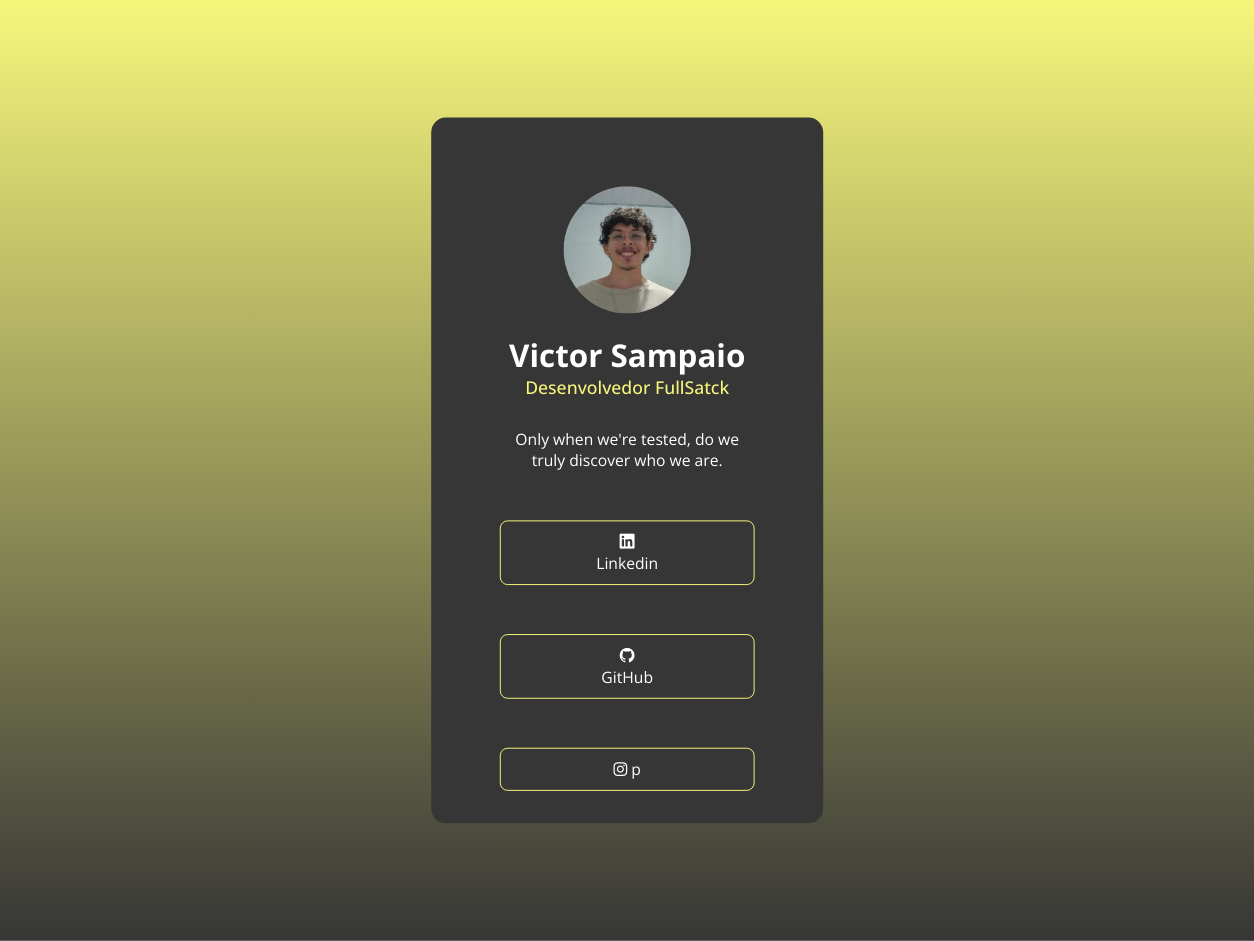
Repository: VictorSampaioDev/linkthree-gt9
Page: index.html
These files come from the project's save history. The page is drawn as it stood at one moment and after the next save; the edit follows.
The browser window is 1280 px wide. The pictures show the whole page, at 98% of full size.

Above is the page before, as saved 2025-04-11 10:44:02.

### index.html
<!DOCTYPE html>
<html lang="pt-br">
<head>
    <meta charset="UTF-8">
    <meta name="viewport" content="width=device-width, initial-scale=1.0">
    <title>linkthree JV</title>
    <link rel="stylesheet" href="style.css">
    <link rel="preconnect" href="https://fonts.googleapis.com">
    <link rel="preconnect" href="https://fonts.gstatic.com" crossorigin>
    <link href="https://fonts.googleapis.com/css2?family=Open+Sans:ital,wght@0,300..800;1,300..800&display=swap" rel="stylesheet">
    <link rel="stylesheet" type='text/css' href="https://cdn.jsdelivr.net/gh/devicons/devicon@latest/devicon.min.css" />
    <link rel="stylesheet" href="https://cdnjs.cloudflare.com/ajax/libs/font-awesome/6.5.0/css/all.min.css">

</head>
<body>
    <div class="container-main">
<!-- imagem -->
        <div class="container-image">
            <img src="./assets/image-profile.jpeg" alt="Foto de Perfil">
        </div>
<!-- Titulos -->
      <div class="container-infos">
        <h1>Victor Sampaio</h1>
        <h2>Desenvolvedor FullSatck</h2>
      </div>
<!-- Paragrafo -->
      <div class="container-paragrafo">
        <p>
            Only when we're tested, do we truly discover who we are.
        </p>
      </div>
<!-- lista estilizada ("botões") -->
      <div class="container-social-links">
        <ul>
                <a href="https://www.linkedin.com/in/joao-victor-sampaio-30a556355/" target="_blank">
                    <li>
                        <!-- icone -->
                        <i class="devicon-linkedin-plain"></i>
                        <!-- paragrafo -->
                        <p>Linkedin</p>
                    </li>
                </a>

                <a href="https://github.com/VictorSampaioDev" target="_blank">
                   <li>
                    <i class="devicon-github-original"></i>
                    <p>GitHub</p>
                   </li>
                </a>

                <a href="https://www.instagram.com/jovetorr" target="_blank">
                   <li>
                    <i class="fa-brands fa-instagram"></i>
                    p
                   </li>
                </a>
        </ul>
    </div>
</body>
</html>

### style.css
* {
    font-family: "Open Sans", sans-serif;
    margin: 0;
    padding: 0;
    box-sizing: border-box;
}
body{
    background: linear-gradient(
        to bottom,
        rgb(246, 246, 124),
        rgb(54, 54, 54)
    );
}
.container-main{
    background-color: #363636;
    width: 400px;
    height: 720px;
    box-sizing: border-box;
    margin: 120px auto;
    padding: 70px;
    border-radius: 15px;
    text-align: center;
}
.container-image{

    & img{
       width: 130px;
       border-radius: 100%;
    }
}
.container-infos{
    margin-top: 15px;
    margin-bottom: 10px;
}
.container-infos h1{
    font-weight: 700;
    color: white;
}
.container-infos h2{
    font-weight: 500;
    font-size: 18px;
    color: rgb(246, 246, 124);
}
.container-paragrafo{
    margin-top: 30px;
    color: white;
}
.container-social-links ul {
    padding-bottom: 50%;
    margin-top: 50px;
    list-style-type: none;
}
.container-social-links li {
    margin-bottom: 5px;
    margin-top: 50px;
    border: 1px solid rgb(246, 246, 124);
    border-radius: 8px;
    padding: 10px;
    transition: background-color 0.3s;
  }
  .container-social-links li:hover{
    background-color: rgb(246, 246, 124)
  }

.container-social-links a {
    text-decoration: none;
    color: white;
    transition: color 0.3s;
}
.container-social-links a:hover {
    color: black;
  }

After the next save:
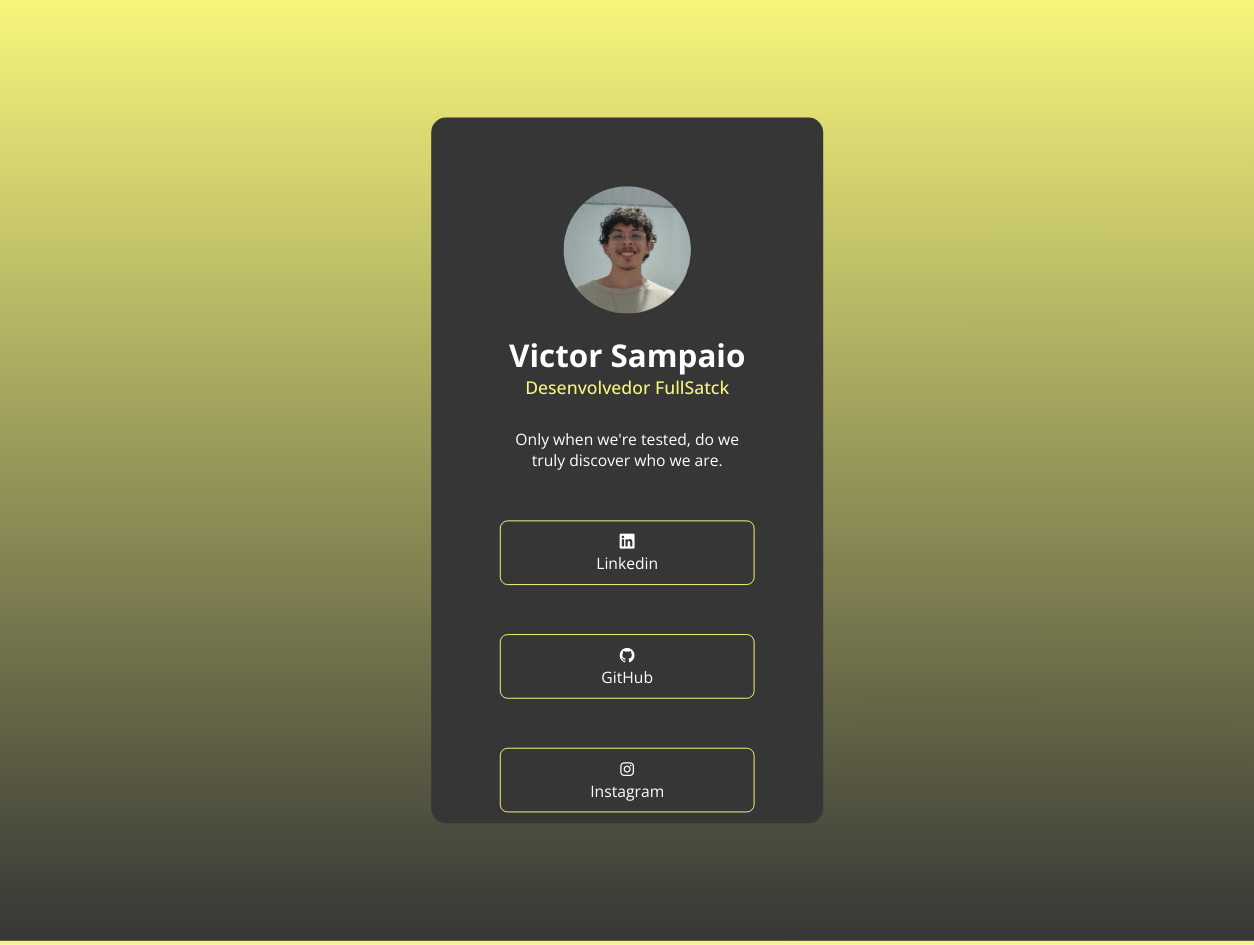
Saved 5 s later.
--- a/index.html
+++ b/index.html
@@ -51,7 +51,7 @@
                 <a href="https://www.instagram.com/jovetorr" target="_blank">
                    <li>
                     <i class="fa-brands fa-instagram"></i>
-                    p
+                    <p>Instagram</p>
                    </li>
                 </a>
         </ul>
